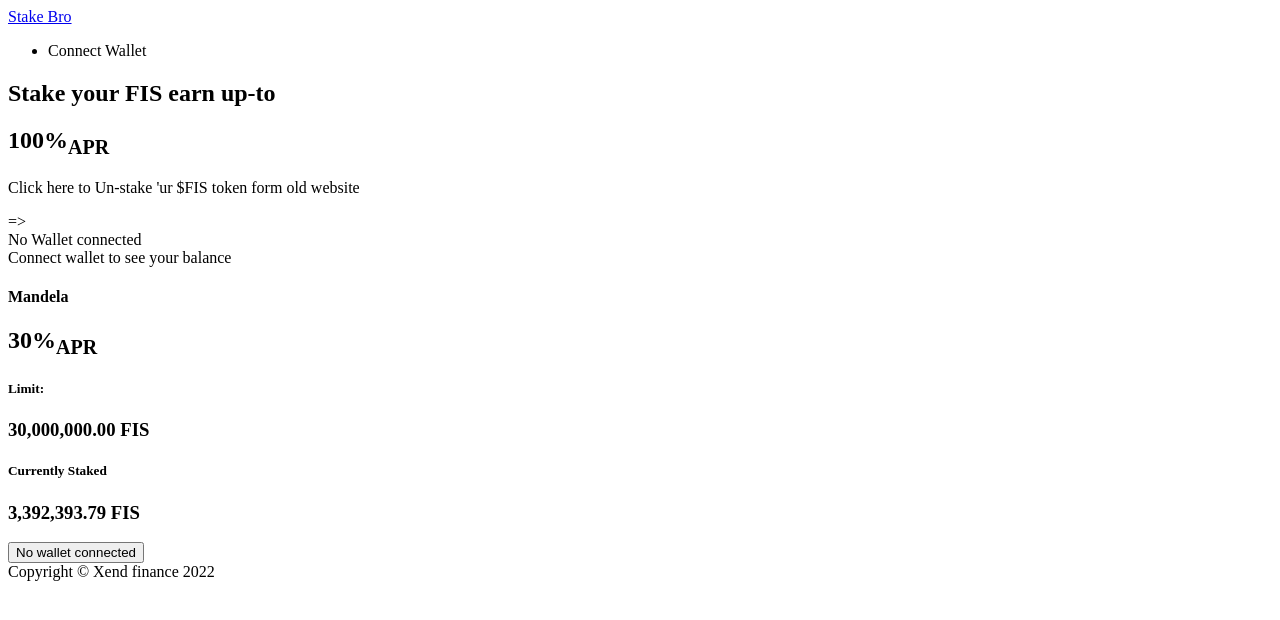
Repository: NorVirae/Stake
Page: /
An editor plug-in stored every save of this project. The page is shown before and after a run of saves, followed by the edit.
The browser window is 1280 px wide. The pictures show the whole page.
The project was rebuilt for these pictures with package versions that can differ from the ones it lists, and the page was loaded fresh each time.

Above is the page before, as saved 2022-04-18 00:51:23.

After the next 3 saves:
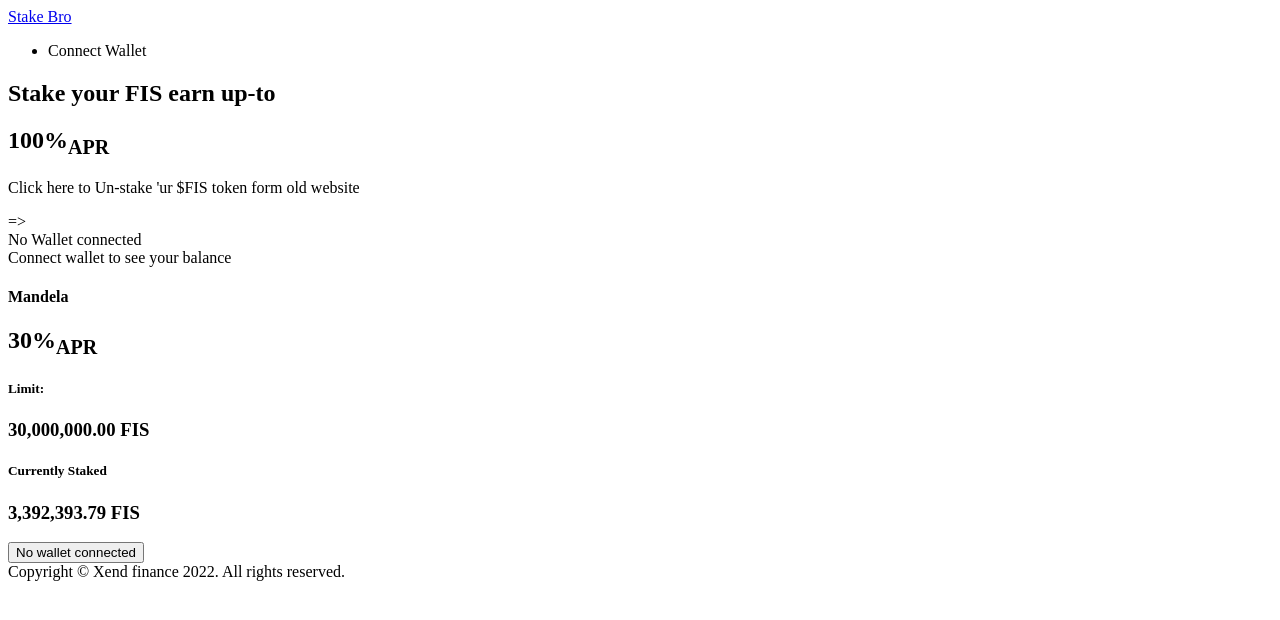
The 3 saves are shown as one change because they came seconds apart.
The last was saved 10 s later.
--- a/src/App.tsx
+++ b/src/App.tsx
@@ -57,7 +57,7 @@ function App() {
 
       <footer>
         <div className='copyright-info'>
-          Copyright &copy; Xend finance 2022
+          Copyright &copy; Xend finance 2022. All rights reserved.
         </div>
         <ul>
 
